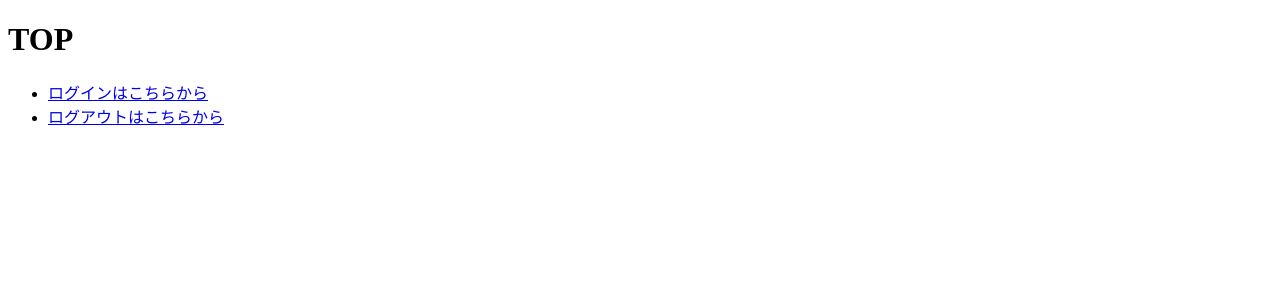
Repository: tt-nk/form-app
Page: http://localhost/
The author's editor kept a copy of each file at every save. The page is drawn from the files as they stood at one save, then again after the next save.
The browser window is 1280 px wide. The pictures show the whole page.
The page is served by the project's application, run on Flask 3 (app.py).

Above is the page before, as saved 2021-12-14 18:52:20.

After the next save:
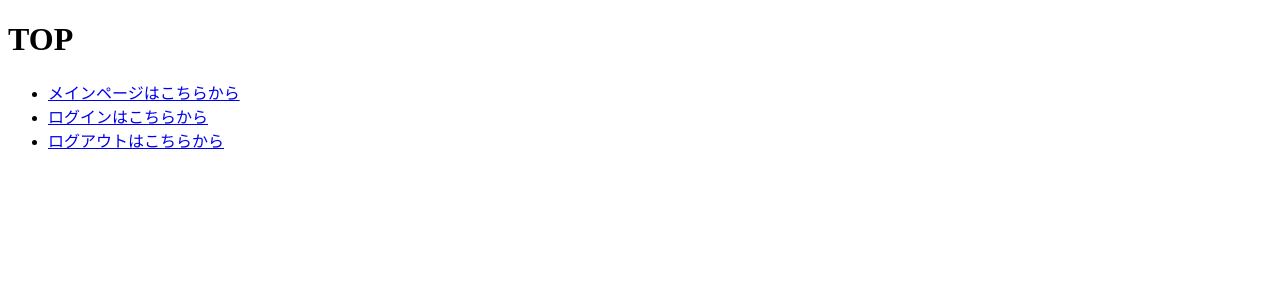
Saved 65 s later.
--- a/templates/top.html
+++ b/templates/top.html
@@ -11,6 +11,7 @@
 <body>
     <h1>TOP</h1>
     <ul>
+        <li><a href='/main'>メインページはこちらから</a></li>
         <li><a href='/signup'>ログインはこちらから</a></li>
         <li><a href='/logout'>ログアウトはこちらから</a></li>
     </ul>
